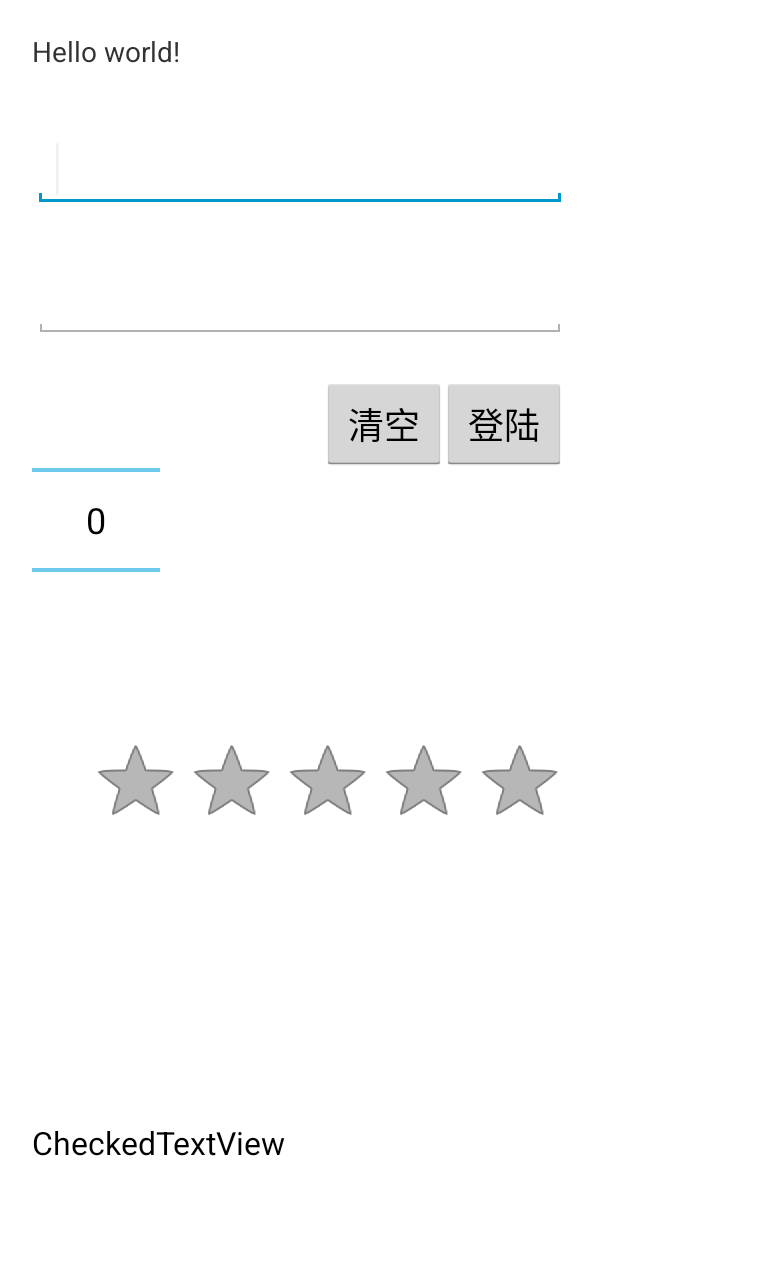
Repository: moetmd/learning-Android
Layout: MyApp/res/layout/activity_main.xml
An editor plug-in stored every save of this project. The layout is shown before and after the next save, followed by the edit.
It is drawn on a 768 x 1280 px phone screen (xhdpi) without system bars, with theme AppTheme; the app's code is not run. The app's manifest (not shown) leaves right-to-left support off. So textAlignment, textDirection and layoutDirection are ignored, and left and right values win over start and end ones.

Above is the layout before, as saved 2014-11-17 13:54:35.

### MyApp/res/layout/activity_main.xml
<RelativeLayout xmlns:android="http://schemas.android.com/apk/res/android"
    xmlns:tools="http://schemas.android.com/tools"
    android:layout_width="match_parent"
    android:layout_height="match_parent"
    android:paddingBottom="@dimen/activity_vertical_margin"
    android:paddingLeft="@dimen/activity_horizontal_margin"
    android:paddingRight="@dimen/activity_horizontal_margin"
    android:paddingTop="@dimen/activity_vertical_margin"
    tools:context="org.niit.myapp.MainActivity$PlaceholderFragment" >

    <TextView
        android:id="@+id/textView1"
        android:layout_width="wrap_content"
        android:layout_height="wrap_content"
        android:text="@string/hello_world"
        android:textAlignment="center"
         />

    <LinearLayout
        android:id="@+id/linearLayout1"
        android:layout_width="wrap_content"
        android:layout_height="wrap_content"
        android:layout_alignLeft="@+id/textView1"
        android:layout_below="@+id/textView1"
        android:orientation="vertical" >

     <EditText
        android:id="@+id/editText1"
        android:layout_width="268dp"
        android:layout_height="wrap_content"

        android:layout_marginTop="30dp"
        android:ems="10" />

     <EditText
        android:id="@+id/editText2"
        android:layout_width="match_parent"
        android:layout_height="wrap_content"
        android:layout_marginTop="26dp"
        android:ems="10"
        android:inputType="textPassword" />

        <requestFocus />

    </LinearLayout>

    <Button
        android:id="@+id/button1"
        android:layout_width="wrap_content"
        android:layout_height="wrap_content"
        android:layout_below="@+id/linearLayout1"
        android:layout_centerHorizontal="true"
        android:layout_marginTop="18dp"
        android:text="@string/reset" />

    <Button
        android:id="@+id/button2"
        android:layout_width="wrap_content"
        android:layout_height="wrap_content"
        android:layout_alignBaseline="@+id/button1"
        android:layout_alignBottom="@+id/button1"
        android:layout_alignRight="@+id/linearLayout1"
        android:text="@string/login" />

    <NumberPicker
        android:id="@+id/numberPicker1"
        android:layout_width="wrap_content"
        android:layout_height="wrap_content"
        android:layout_alignLeft="@+id/linearLayout1"
        android:layout_below="@+id/linearLayout1" />

    <CheckedTextView
        android:id="@+id/cTextView1"
        android:layout_width="wrap_content"
        android:layout_height="wrap_content"
        android:layout_alignLeft="@+id/numberPicker1"
        android:layout_alignParentBottom="true"
        android:layout_marginBottom="42dp"
        android:text="CheckedTextView" />

    <RatingBar
        android:id="@+id/ratingBar1"
        android:layout_width="wrap_content"
        android:layout_height="wrap_content"
        android:layout_alignRight="@+id/button2"
        android:layout_below="@+id/numberPicker1"
        android:layout_marginTop="16dp" />

</RelativeLayout>

### MyApp/res/values/strings.xml
<?xml version="1.0" encoding="utf-8"?>
<resources>

    <string name="app_name">Eclipse</string>
    <string name="hello_world">Hello world!</string>
    <string name="action_settings">Settings</string>
    <string name="new_project">new project</string>
    <string name="login">登陆</string>
	<string name="reset">清空</string>
</resources>

Loaded but not shown: MyApp/res/values/styles.xml (common file); MyApp/res/values-v11/styles.xml (common file); MyApp/res/values-v14/styles.xml (common file); MyApp/res/values/dimens.xml (common file); MyApp/res/values-w820dp/dimens.xml (common file)

After the next save:
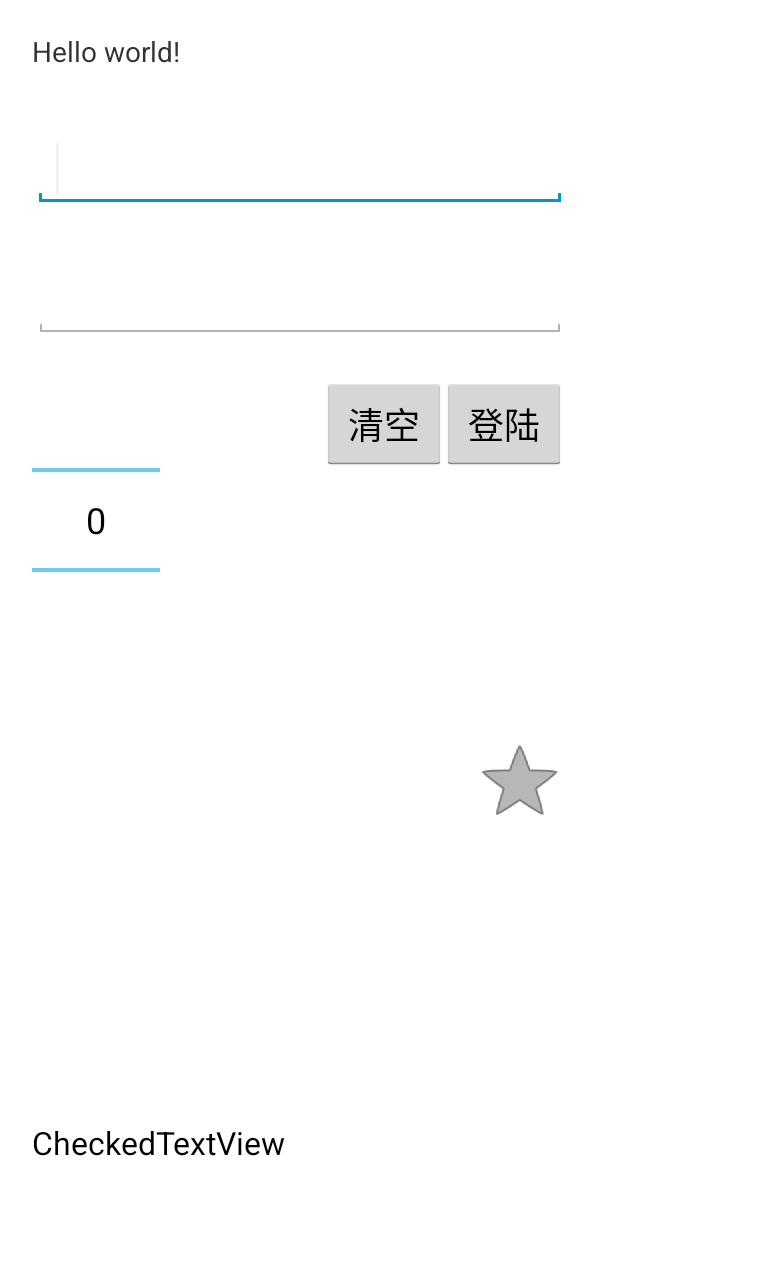
Saved 96 s later.
--- a/MyApp/res/layout/activity_main.xml
+++ b/MyApp/res/layout/activity_main.xml
@@ -84,6 +84,10 @@
         android:layout_height="wrap_content"
         android:layout_alignRight="@+id/button2"
         android:layout_below="@+id/numberPicker1"
-        android:layout_marginTop="16dp" />
+        android:layout_marginTop="16dp"
+        android:max="5"
+        android:numStars="1"
+        android:rating="0"
+        android:stepSize="1" />
 
 </RelativeLayout>

After the save that followed:
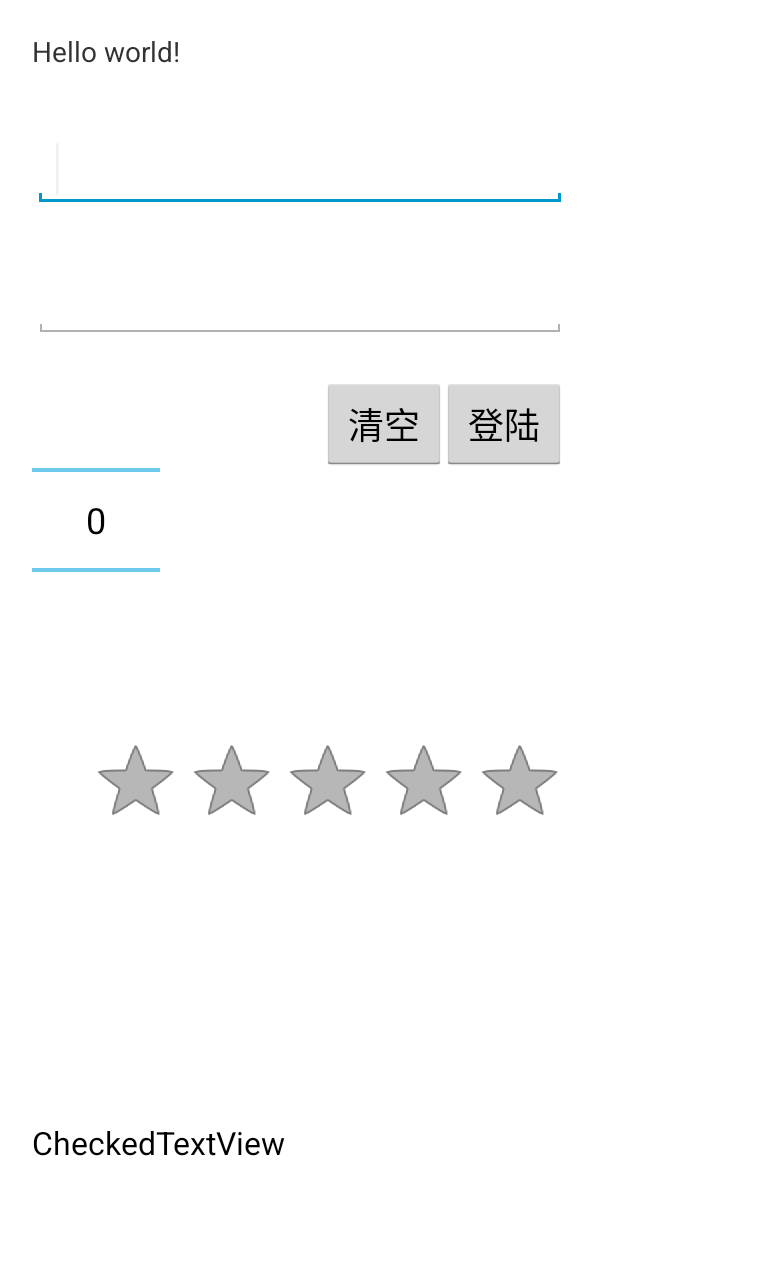
Saved 9 s later.
--- a/MyApp/res/layout/activity_main.xml
+++ b/MyApp/res/layout/activity_main.xml
@@ -86,7 +86,7 @@
         android:layout_below="@+id/numberPicker1"
         android:layout_marginTop="16dp"
         android:max="5"
-        android:numStars="1"
+        android:numStars="5"
         android:rating="0"
         android:stepSize="1" />
 
